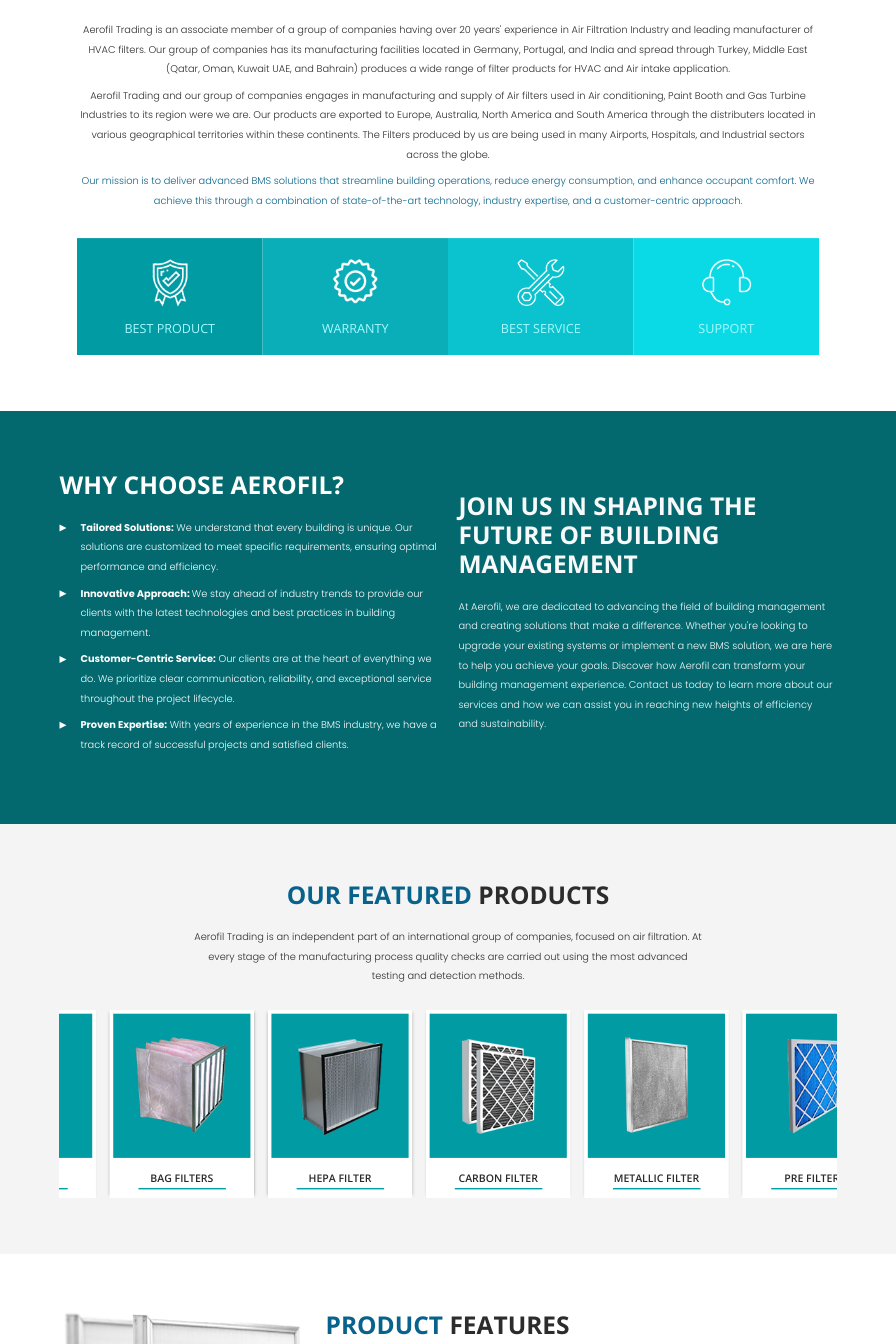
Repository: aslamvrtly/aerofil
Page: index.html
These files come from the project's save history. The page is drawn as it stood at one moment and after a run of saves; the edit follows.
The browser window is 1280 px wide. The pictures show the part of the page from y = 833 to 2753 px (the page is 5091 px tall before and 5185 px after), at 70% of full size.

Above is the page before, as saved 2024-09-05 14:39:56.

After the next 2 saves:
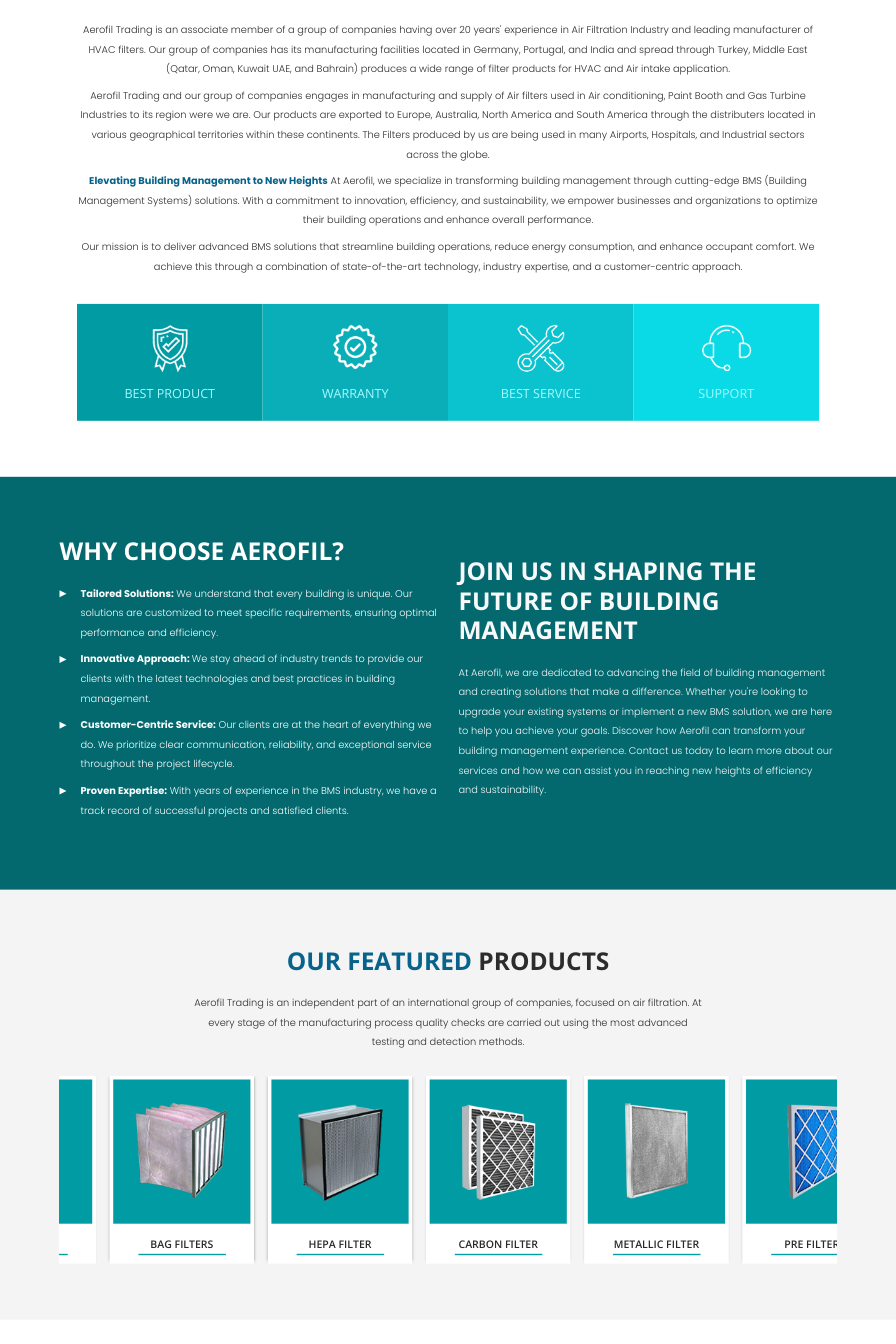
The 2 saves are shown as one change because they came seconds apart.
The last was saved 12 s later.
--- a/index.html
+++ b/index.html
@@ -182,7 +182,7 @@
 						territories within these continents. The Filters produced by us are being used in many Airports,
 						Hospitals, and Industrial sectors across the globe.</p>
 					<p class="text-center">
-						<span class="font-weight-bold:>Elevating Building Management to New Heights</span>
+						<span class="font-weight-bold">Elevating Building Management to New Heights</span>
 						At Aerofil, we specialize in transforming building management through cutting-edge BMS (Building
 						Management Systems) solutions. With a commitment to innovation, efficiency, and sustainability,
 						we empower businesses and organizations to optimize their building operations and enhance
